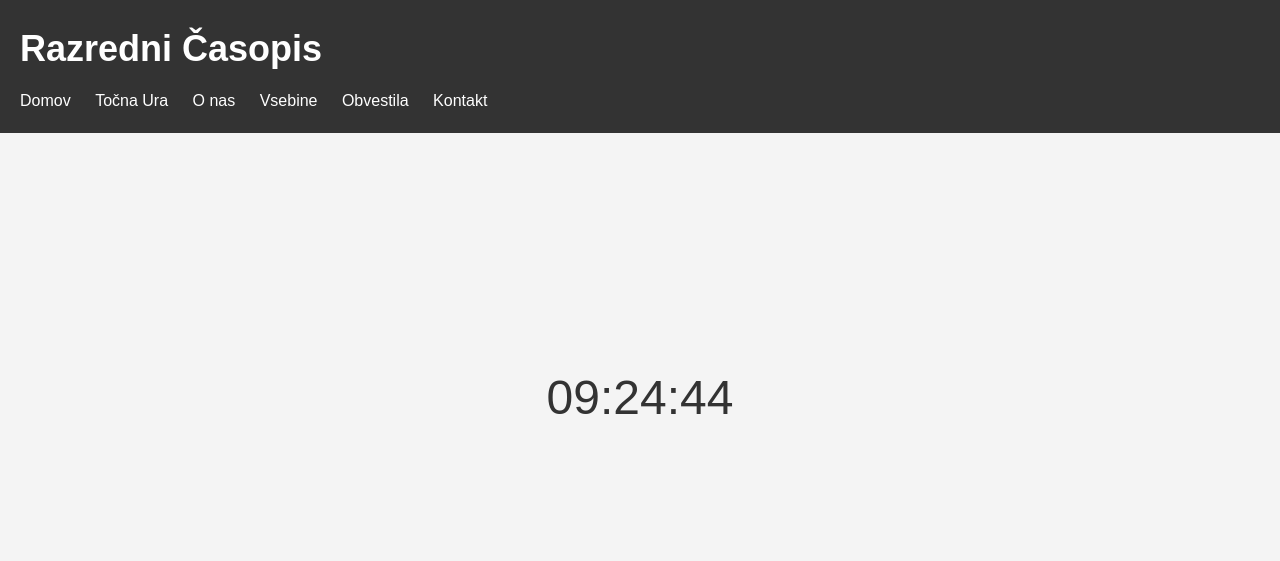
Repository: razrednicasopis/razrednicasopis.github.io
Page: Resources/ura.html
These files come from the project's save history. The page is drawn as it stood at one moment and after the next save; the edit follows.
The browser window is 1280 px wide. The pictures show the whole page.

Above is the page before, as saved 2024-03-08 08:38:52.
Console error: ReferenceError: maintenanceMode is not defined

After the next save:
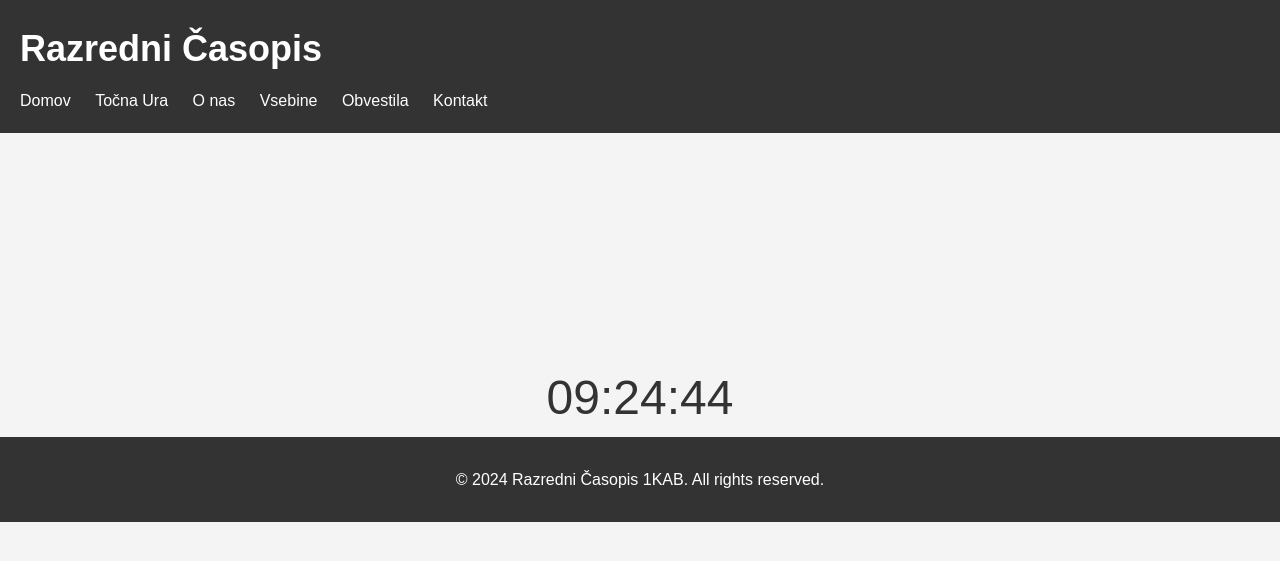
Saved 40 s later.
--- a/Resources/ura.html
+++ b/Resources/ura.html
@@ -28,6 +28,9 @@
     <div class="clock" id="clock"></div>
   </div>
 
+  <footer>
+    <p>&copy; 2024 Razredni Časopis 1KAB. All rights reserved.
+    </footer>
 
   </div>
 

After the save that followed:
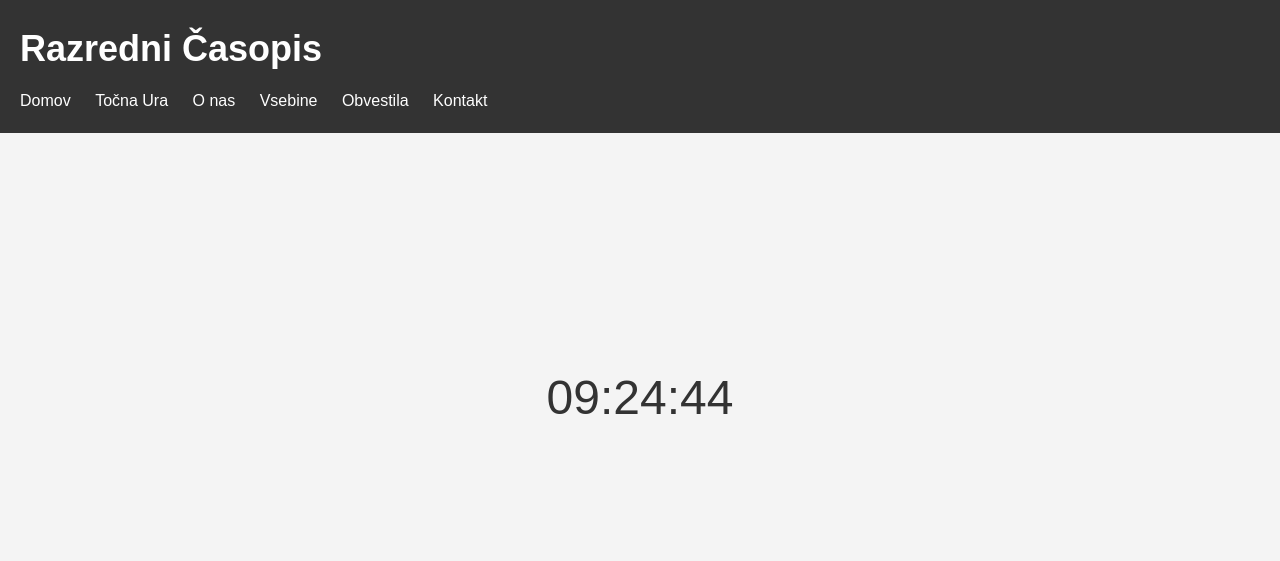
Saved 46 s later.
--- a/Resources/ura.html
+++ b/Resources/ura.html
@@ -28,9 +28,6 @@
     <div class="clock" id="clock"></div>
   </div>
 
-  <footer>
-    <p>&copy; 2024 Razredni Časopis 1KAB. All rights reserved.
-    </footer>
 
   </div>
 
